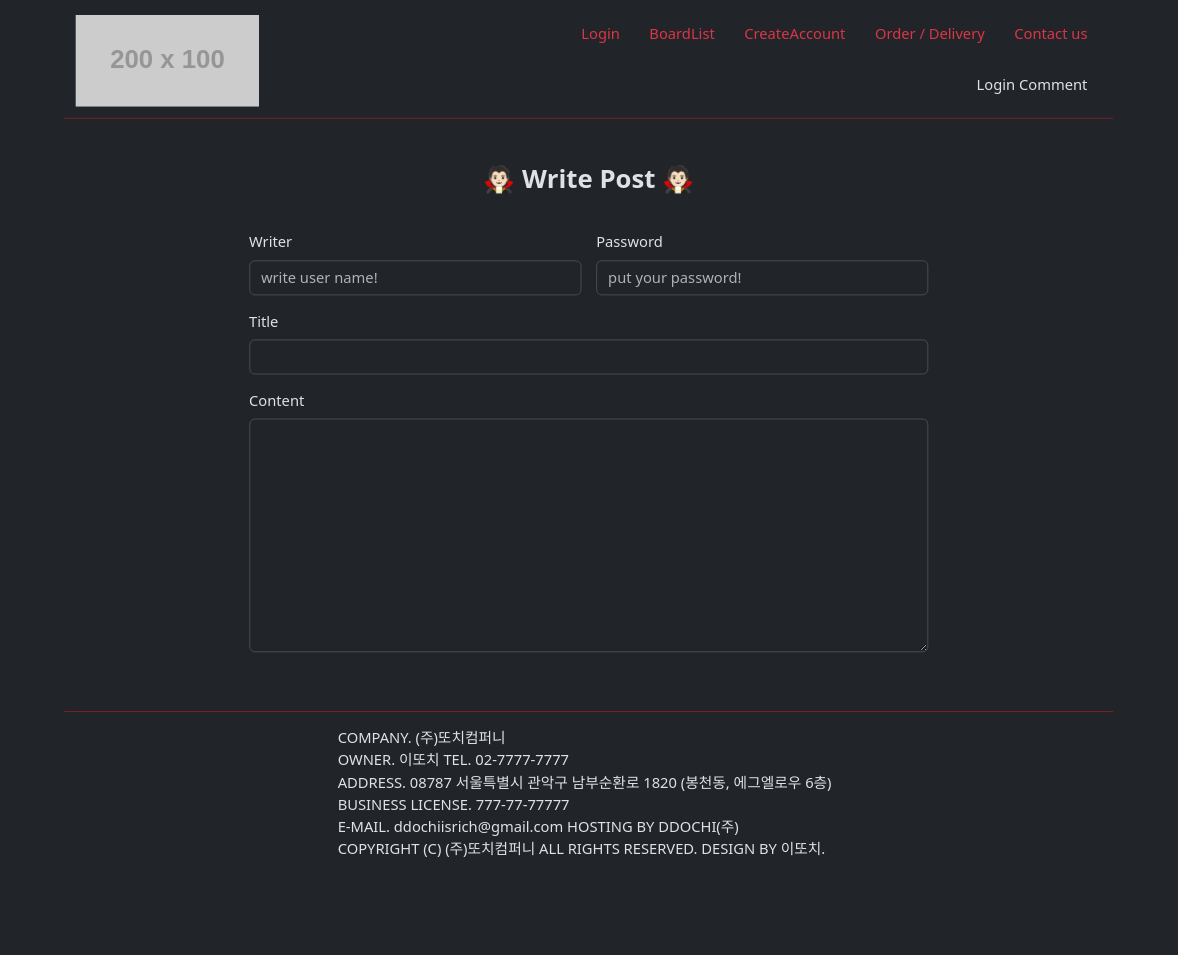
Repository: ddochiisrich/Ddochi-Web
Page: http://localhost/JSPClassCh06/writeForm
These files come from the project's save history. The page is drawn as it stood at one moment and after the next save; the edit follows.
The browser window is 1280 px wide. The pictures show the whole page, at 92% of full size.
The page is served by Tomcat 9.

Above is the page before, as saved 2024-04-11 04:49:54.

After the next save:
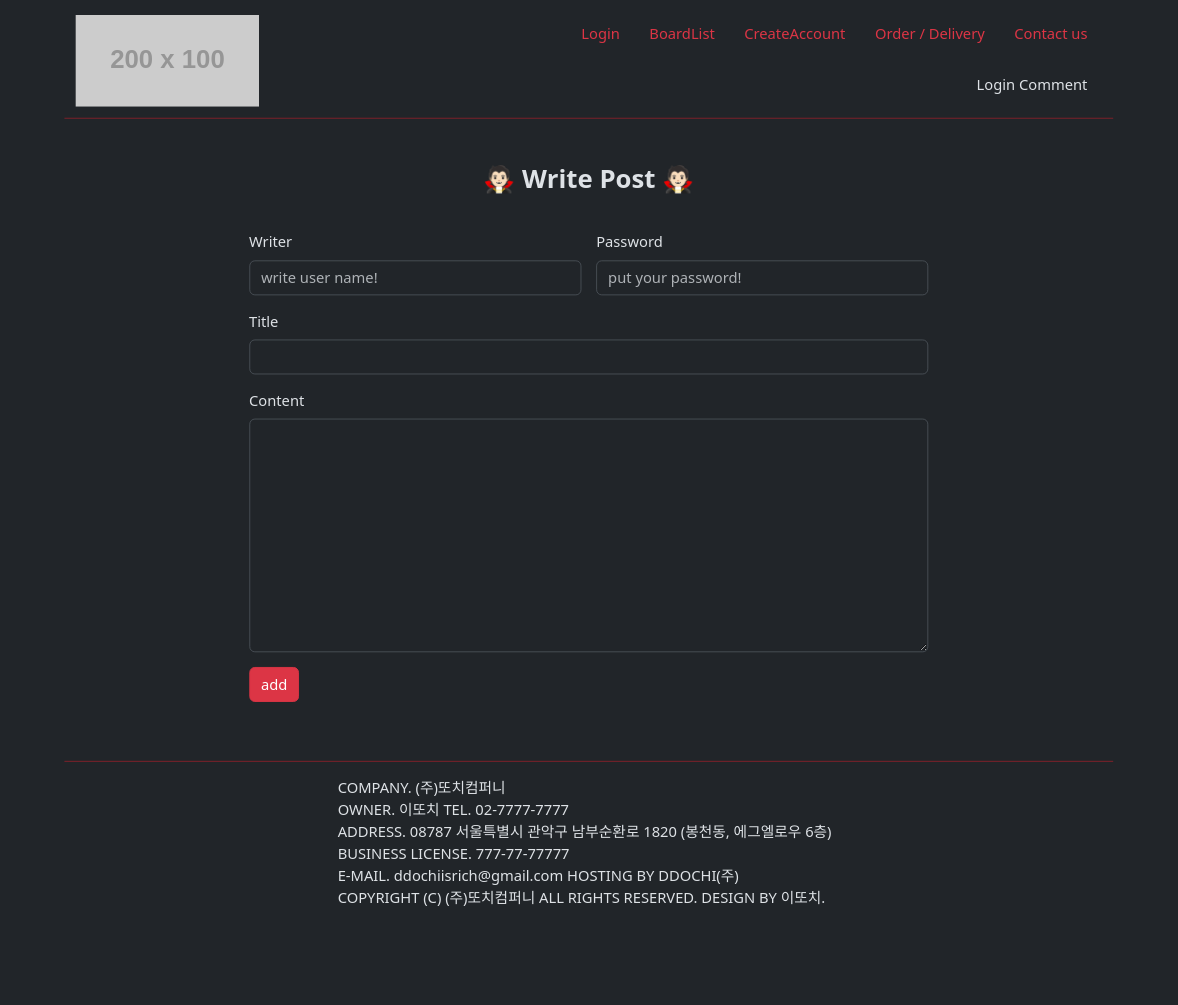
Saved 100 s later.
--- a/JSPClassCh06/src/main/webapp/WEB-INF/board/writeForm.jsp
+++ b/JSPClassCh06/src/main/webapp/WEB-INF/board/writeForm.jsp
@@ -41,6 +41,9 @@
 					<div class="col-8 offset-2">
 						<label for="title" class="form-label">Content</label> <textarea class="form-control" id="content" name="content" rows="10"></textarea>
 					</div>
+					<div class="col-8 offset-2">
+						<input type="submit" value="add" class="btn btn-danger">
+					</div>
 				</form>
 
 			</div>
